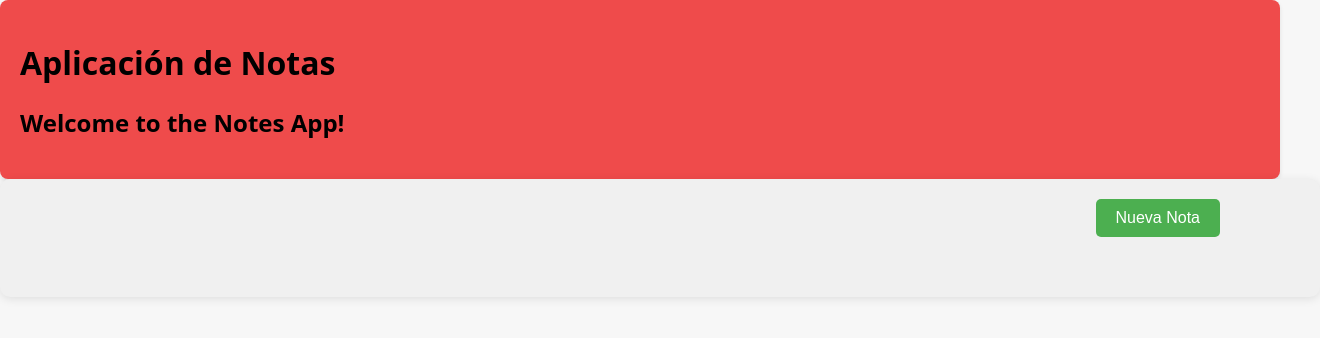
Repository: xunxuno/aplicacion_web_notas
Page: / (app in notas_web_app/)
An editor plug-in stored every save of this project. The page is shown before and after the next save, followed by the edit.
The browser window is 1280 px wide. The page is 1320 px wide, so the pictures cover 1320 px, including what lies to the right of the window. The pictures show the whole page.
The project was rebuilt for these pictures with package versions that can differ from the ones it lists, and the page was loaded fresh each time. Also part of the build but not shown: notas_web_app/vite.config.ts, notas_web_app/src/components/Note.tsx, notas_web_app/src/components/NoteCollection.tsx, notas_web_app/src/components/NoteModal.tsx.

Above is the page before, as saved 2024-10-03 12:30:56.

After the next save:
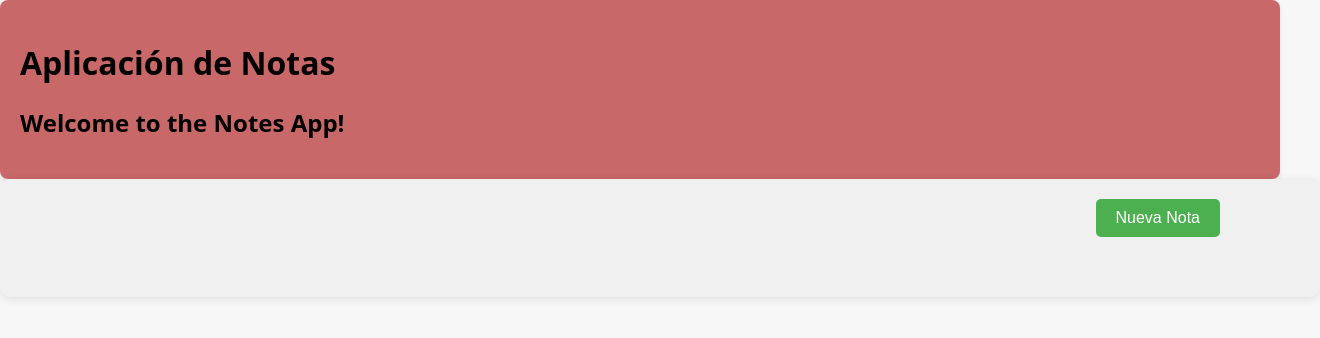
Saved 62 s later.
--- a/notas_web_app/src/components/AppBar.tsx
+++ b/notas_web_app/src/components/AppBar.tsx
@@ -3,7 +3,7 @@ import React from 'react';
 
 const AppBar: React.FC = () => {
   const appBarStyle = {
-    backgroundColor: '#EF4B4B', // Color pastel
+    backgroundColor: '#C96868', // Color pastel
     borderRadius: '8px',
     margin: '0',
     padding: '20px',
